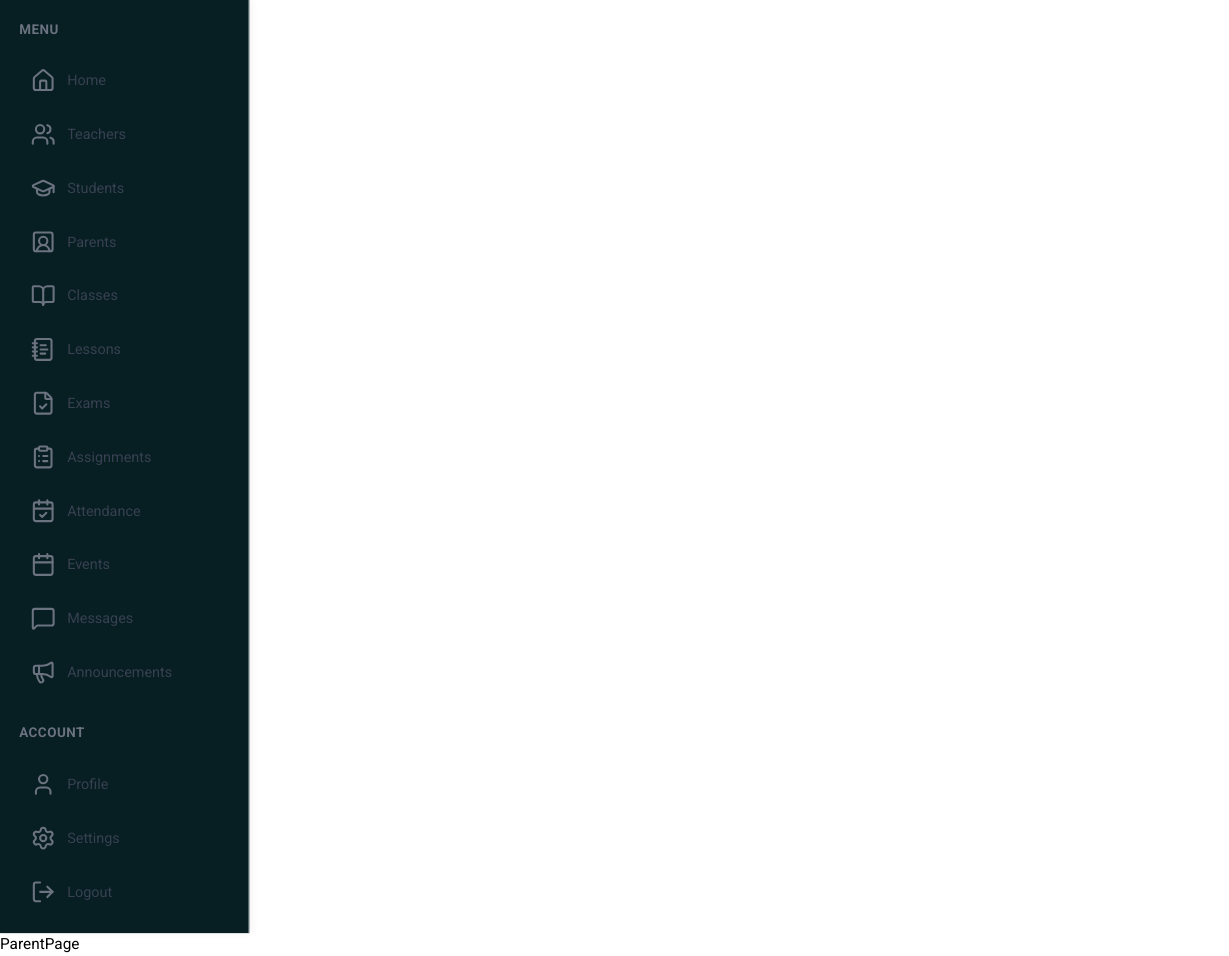
Repository: GlorifiedIntel/student-portal
Page: /parent
An editor plug-in stored every save of this project. The page is shown before and after the next save, followed by the edit.
The browser window is 1280 px wide. The pictures show the whole page, at 96% of full size.
The project was rebuilt for these pictures with package versions that can differ from the ones it lists, and the page was loaded fresh each time. The framework's server and built-in components were replaced by stand-ins that run in the browser. Also part of the build but not shown: next.config.mjs, src/app/(dashboard)/Layout.module.css.

Above is the page before, as saved 2025-08-21 12:49:43.

After the next save:
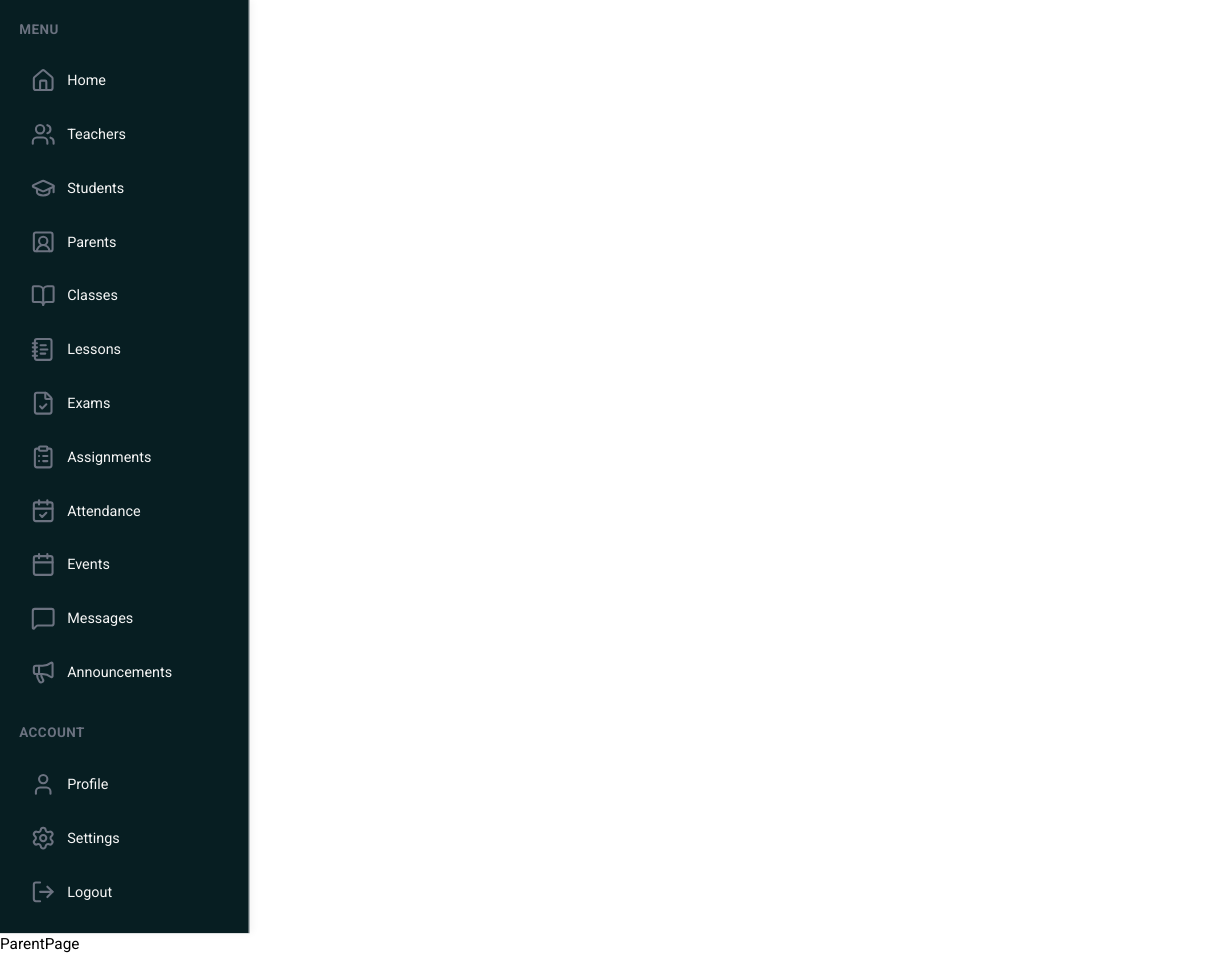
Saved 44 s later.
--- a/src/components/Menu.module.css
+++ b/src/components/Menu.module.css
@@ -2,7 +2,6 @@
   width: 260px;
   background-color: #071E22;
   border-right: 1px solid #e5e7eb;
-  color: whitesmoke;
   padding: 20px;
   display: flex;
   flex-direction: column;
@@ -33,7 +32,7 @@
   gap: 12px;
   padding: 10px 12px;
   text-decoration: none;
-  color: #374151;
+  color: whitesmoke;
   font-size: 15px;
   border-radius: 8px;
   transition: background 0.2s ease, color 0.2s ease;
